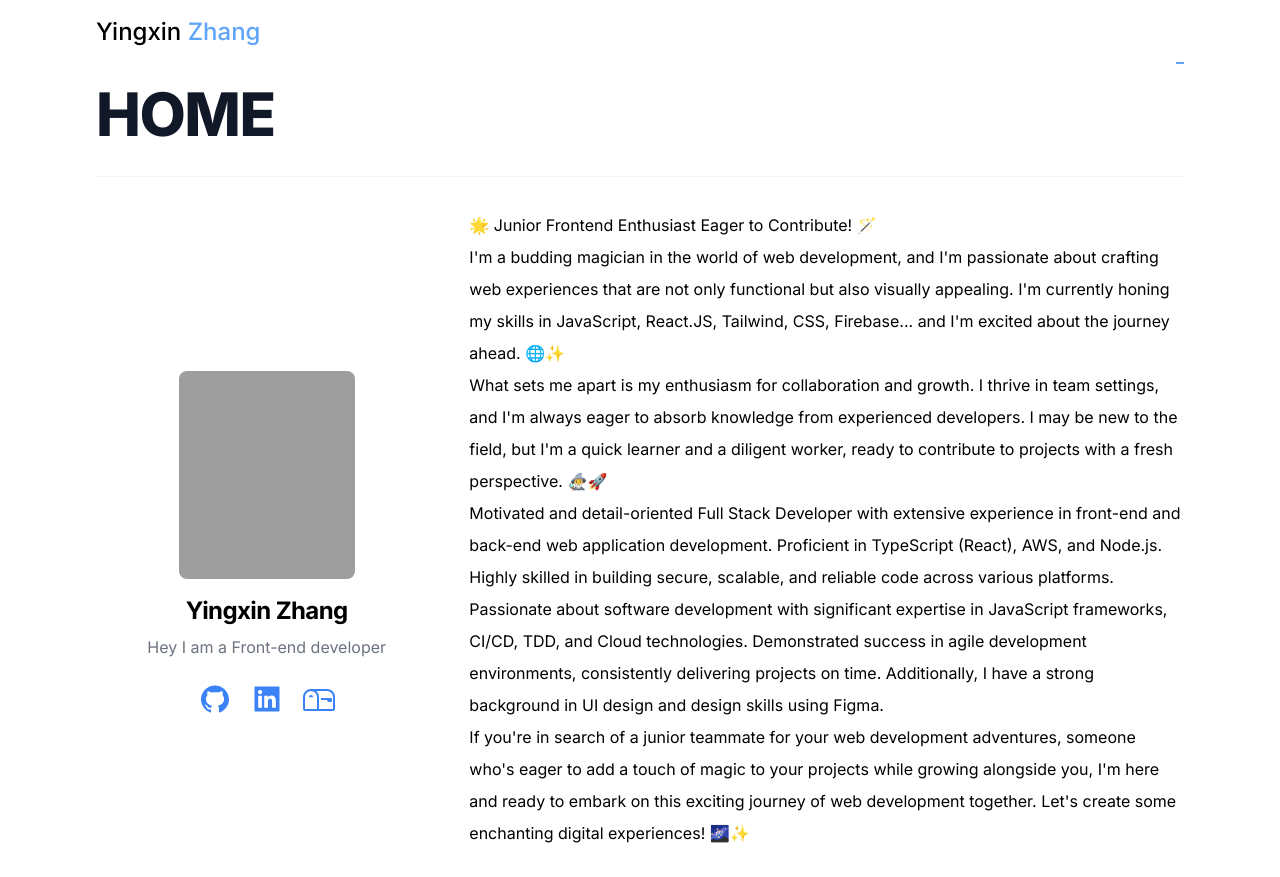
Repository: Tracy-maker/projects_collection
Page: /
An editor plug-in stored every save of this project. The page is shown before and after the next save, followed by the edit.
The browser window is 1280 px wide. The pictures show the whole page.
Pictures or frames that could not be fetched are drawn as grey boxes. The project was rebuilt for these pictures with package versions that can differ from the ones it lists, and the page was loaded fresh each time. The framework's server and built-in components were replaced by stand-ins that run in the browser. Also part of the build but not shown: next.config.js.

Above is the page before, as saved 2024-07-14 13:58:53.

After the next save:
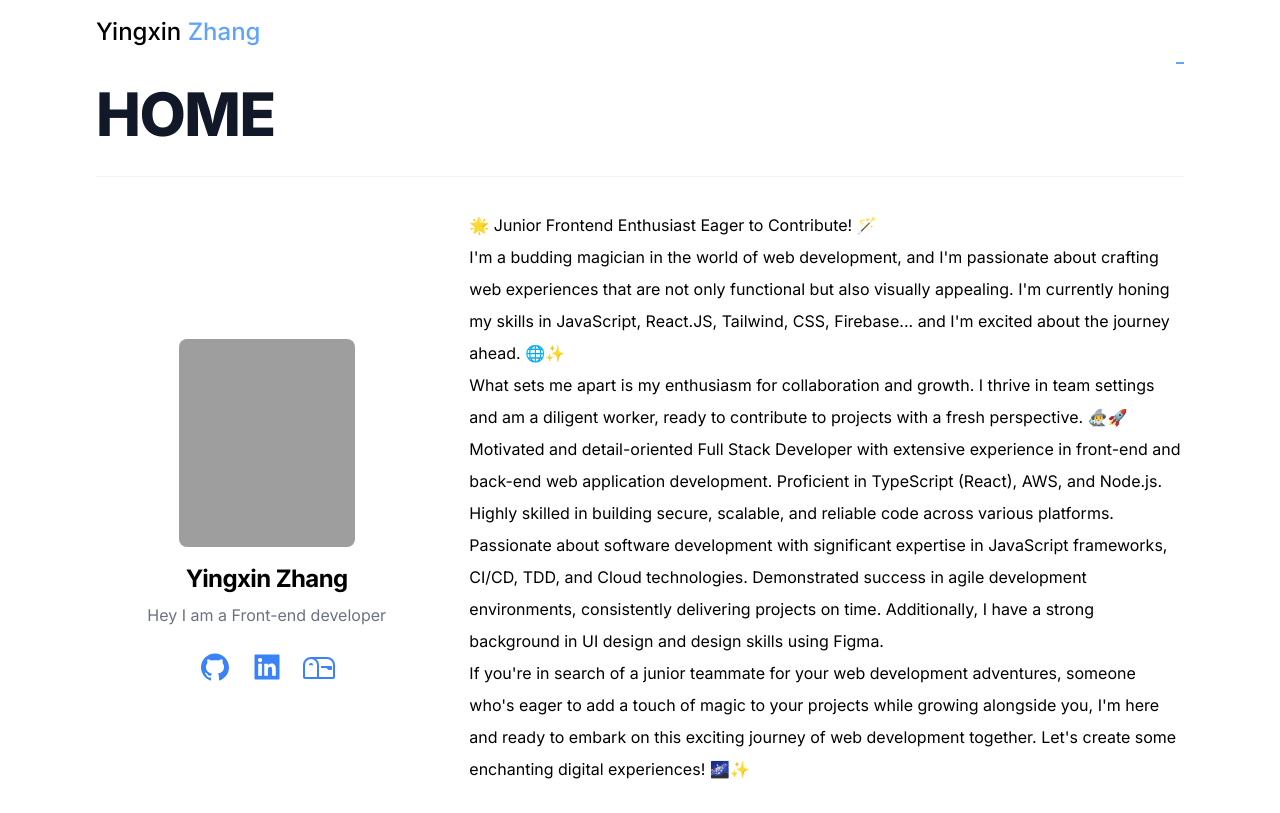
Saved 2 min 0 s later.
--- a/app/page.tsx
+++ b/app/page.tsx
@@ -67,10 +67,7 @@ export default function Home() {
 </p>
 <p>
   What sets me apart is my enthusiasm for collaboration and growth.
-  I thrive in team settings, and I&apos;m always eager to absorb
-  knowledge from experienced developers. I may be new to the field,
-  but I&apos;m a quick learner and a diligent worker, ready to
-  contribute to projects with a fresh perspective. 🧙‍♂️🚀
+  I thrive in team settings and am a diligent worker, ready to contribute to projects with a fresh perspective. 🧙‍♂️🚀
 </p>
 <p>
   Motivated and detail-oriented Full Stack Developer with extensive experience in front-end and back-end web application development. Proficient in TypeScript (React), AWS, and Node.js. Highly skilled in building secure, scalable, and reliable code across various platforms. Passionate about software development with significant expertise in JavaScript frameworks, CI/CD, TDD, and Cloud technologies. Demonstrated success in agile development environments, consistently delivering projects on time. Additionally, I have a strong background in UI design and design skills using Figma.
